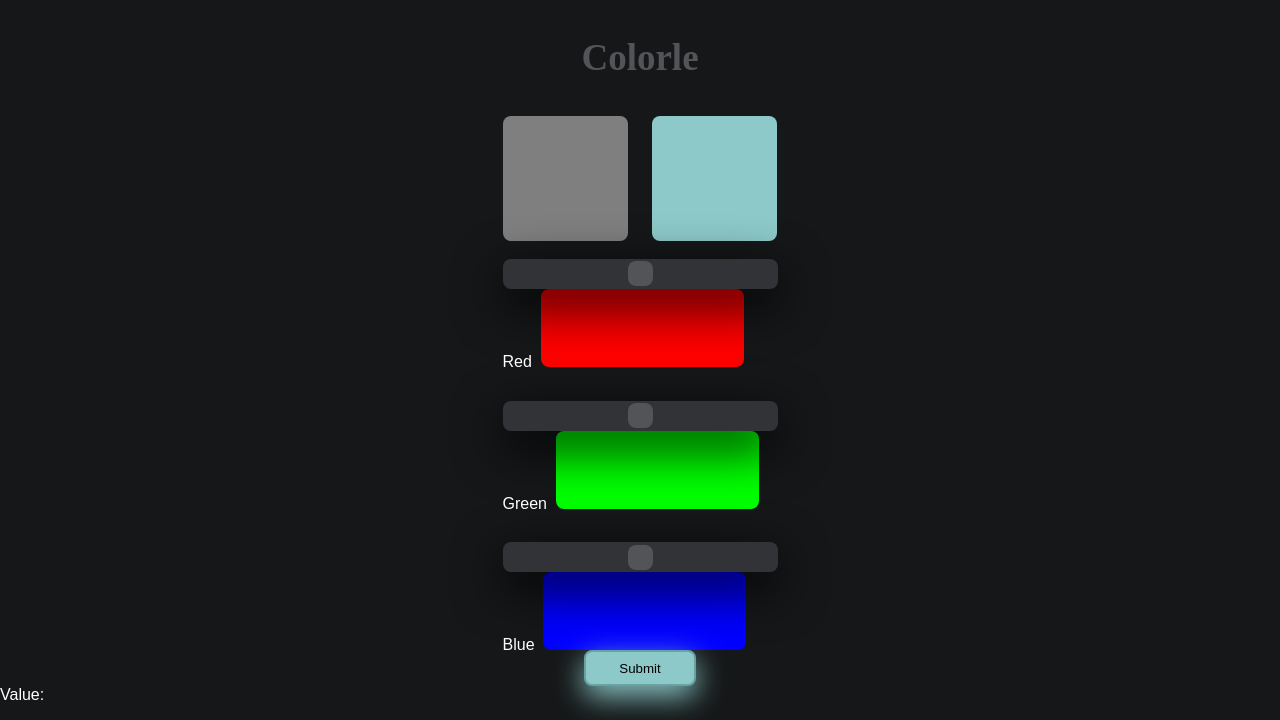
Repository: Artem-Melnik/Colorle
Page: index.html
These files come from the project's save history. The page is drawn as it stood at one moment and after the next save; the edit follows.
The browser window is 1280 px wide. The pictures show the whole page.
The pointer rests on the first visible `#submitButton`.

Above is the page before, as saved 2022-05-14 17:19:26.

### index.html
<!-- TODO: Change text/icon color -->
<!-- TODO: Represent guess correctness using Linear-style icons -->
<!-- TODO: Replace Colorle text logo with SVG/image due to font problems -->
<!-- TODO: Add textboxes where player can enter exact RGB values -->
<!DOCTYPE html>
<html>
  <head>
    <title>Parcel Sandbox</title>
    <link rel="stylesheet" href="styles.css">
    <meta charset="UTF-8" />
    <meta name="viewport" content="width=device-width" />
  </head>

  <script
    src="https://ajax.googleapis.com/ajax/libs/jquery/3.6.0/jquery.min.js"
    type="text/javascript"
  ></script>
  <script
    src="https://ajax.googleapis.com/ajax/libs/jqueryui/1.13.1/jquery-ui.min.js"
    type="text/javascript"
  ></script>
  <script src="https://unpkg.com/feather-icons"></script>
  <script>
      feather.replace();
    </script>
  <script type="module" src="index.js" type="text/javascript"></script>

  <body>
    <div id="app"></div>
    <div class="topBar">
      <p id="title">Colorle</p>
      <p>
        <button type="button" id="themeToggle">
          <i id="themeIcon" data-feather="sun"></i>
        </button>
      </p>
    </div>

    <div id="topColors">
      <div id="previewAll"></div>
      <div id="correctColor"></div>
    </div>
    <div id="redContainer">
      <input
        type="range"
        min="0"
        max="255"
        value="128"
        class="slider"
        id="sliderRed"
      />
      <p class="currentColor" id="currentRed">Red</p>
      <p class="rating" id="ratingRed"></p>
      <div id="previewRed"></div>
    </div>
    <div id="greenContainer">
      <input
        type="range"
        min="0"
        max="255"
        value="128"
        class="slider"
        id="sliderGreen"
      />
      <p class="currentColor" id="currentGreen">Green</p>
      <p class="rating" id="ratingGreen"></p>
      <div id="previewGreen"></div>
    </div>
    <div id="blueContainer">
      <input
        type="range"
        min="0"
        max="255"
        value="128"
        class="slider"
        id="sliderBlue"
      />
      <p class="currentColor" id="currentBlue">Blue</p>
      <p class="rating" id="ratingBlue"></p>
      <div id="previewBlue"></div>
    </div>
    <div class="guessText">
      <p>Value: <span id="guessColor"></span></p>
    </div>
    <div class="buttonContainer">
      <button type="button" id="submitButton">Submit</button>
    </div>
  </body>
</html>

### styles.css
body {
  font-family: sans-serif;
  margin: 0;
  background: #151718;
  color: #ffffff;
}

.lightTheme {
  background: #ffffff;
  color: #151718;
}

/* Changes the correctColor gradient to dark/black */
/* .correctColorDark {
  background-image: linear-gradient(
    to bottom,
    rgba(0, 0, 0, 0),
    rgba(0, 0, 0, 1) 100%
  ) !important;
} */

#themeToggle {
  width: 25px;
  height: 25px;
  position: absolute;
  right: 15px;
  top: 15px;
  color: grey;
  background: none;
  border: none;
}

#themeIcon {
  color: grey;
  width: 25px;
  height: 25px;
  transform: scale(1);
  transition: all 0.5s;
}

#themeIcon.animate {
  color: grey;
  transform: scale(0);
}

.transform-active {
  /* background-color: blue;
  animation-name: darkToLight;
  animation-duration: 1s; */
  color: #151718;
}

.transform {
  -webkit-transition: all 2s ease;
  -moz-transition: all 2s ease;
  -o-transition: all 2s ease;
  -ms-transition: all 2s ease;
  transition: all 2s ease;
}

/* @keyframes darkTolight {
  0% {
    color: #ffffff;
  }
  100% {
    color: #151718;
  }
} */

#title {
  justify-content: center;
  font-family: "Asap";
  font-style: normal;
  font-weight: 700;
  font-size: 37px;
  line-height: 42px;
  display: flex;
  align-items: center;
  text-align: center;
  color: #535458;
}

/* #previewId {
  width: 100px;
  height: 100px;
  background-color: var(color);
  border: solid black;
} */

/* correctColor gradient */
/* #correctColor {
  position: absolute;
  top: 0px;
  width: 100%;
  height: 25%;
  background-color: var(color);
  margin: auto;
  background-image: linear-gradient(
    to bottom,
    rgba(255, 255, 255, 0),
    rgba(255, 255, 255, 1) 100%
  );
  z-index: -1;
} */

#topColors {
  width: 275px;
  margin: auto;
}

#correctColor {
  display: inline-block;
  position: relative;
  width: 125px;
  height: 125px;
  border-radius: 8px;
  margin-left: 10px;
}

#previewAll {
  background-color: rgb(127, 127, 127);
  display: inline-block;
  position: relative;
  width: 125px;
  height: 125px;
  border-radius: 8px;
  order: 1;
  margin-right: 10px;
}

#redContainer,
#greenContainer,
#blueContainer {
  display: auto;
  justify-content: center;
  margin: auto;
  width: 275px;
}

#sliderRed,
#sliderGreen,
#sliderBlue {
  display: block;
  -webkit-appearance: none;
  -moz-appearance: none;
  appearance: none;
  background: #323337;
  width: 275px;
  height: 30px;
  top: 100px;
  border-radius: 8px;
  margin: auto;
  margin-top: 5%;
  filter: drop-shadow(0px 15px 25px #000000);
}

#sliderRed::-webkit-slider-thumb,
#sliderGreen::-webkit-slider-thumb,
#sliderBlue::-webkit-slider-thumb {
  -webkit-appearance: none;
  appearance: none;
  width: 25px;
  height: 25px;
  background: #535458;
  cursor: pointer;
  border-radius: 8px;
}

#currentRed,
#currentGreen,
#currentBlue,
#ratingRed,
#ratingGreen,
#ratingBlue {
  display: inline-block;
  position: relative;
}

#previewRed,
#previewGreen,
#previewBlue {
  display: inline-block;
  position: relative;
  width: 203px;
  height: 78px;
  /* background-color: var(color); */
  /* border: solid black; */
  border-radius: 8px;
  margin: auto;
  z-index: -1;
}

#previewRed {
  background-color: rgb(255, 0, 0);
}

#previewGreen {
  background-color: rgb(0, 255, 0);
}

#previewBlue {
  background-color: rgb(0, 0, 255);
}

.buttonContainer {
  display: flex;
  justify-content: center;
}

#submitButton {
  position: fixed;
  width: 112px;
  height: 36px;
  bottom: 4%;
  border: 2px solid;
  border-radius: 8px;
  transition: all 0.3s ease 0s;
}

#submitButton:hover {
  position: fixed;
  width: 112px;
  height: 36px;
  bottom: 4%;
  border: 2px solid;
  border-radius: 8px;
  filter: drop-shadow(0px 10px 15px #8dc9c9);
  transform: translateY(-5px);
}

### index.js
// document.getElementById("sliderRange").innerHTML = `
// <div class="slidercontainer"></div>
// `;
// var root = document.querySelector(":root");
// var slider = document.getElementById("sliderRange");
// // Change "demo" to something else?
// var sliderRange = document.getElementById("demo");
// sliderRange.innerHTML = slider.value;
let correctRed = 141;
let correctGreen = 201;
let correctBlue = 201;

let red;
let green;
let blue;
// TODO: Split correctRGB into 3 seperate colors
let correctRgb =
  "rgb(" + correctRed + ", " + correctGreen + ", " + correctBlue + ")";

function changeColor() {
  red = document.getElementById("sliderRed").value;
  green = document.getElementById("sliderGreen").value;
  blue = document.getElementById("sliderBlue").value;

  document.getElementById("previewRed").style.backgroundColor =
    "rgb(" + red + ", 0, 0)";
  document.getElementById("previewGreen").style.backgroundColor =
    "rgb(0," + green + ", 0)";
  document.getElementById("previewBlue").style.backgroundColor =
    "rgb(0, 0," + blue + ")";

  document.getElementById("currentRed").textContent = red;
  document.getElementById("currentGreen").textContent = green;
  document.getElementById("currentBlue").textContent = blue;
}

// Shows guess color when submit button is clicked
// Also checks how close the guess is to the correct color
function onSubmit() {
  document.getElementById("previewAll").style.backgroundColor =
    "rgb(" + red + ", " + green + ", " + blue + ")";
  document.getElementById("guessColor").textContent =
    "rgb(" + red + ", " + green + ", " + blue + ")";

  // TODO: Optimize code for red, green, and blue checks
  // Check if red guess is correct
if (red == correctRed) {
  document.getElementById('ratingRed').innerText = "SS";
} else if ((red > correctRed - 6) && (red < correctRed + 6)) {
  document.getElementById('ratingRed').innerText = "S";
} else if ((red > correctRed - 12) && (red < correctRed + 12)) {
  document.getElementById('ratingRed').innerText = "A";
} else if ((red > correctRed - 24) && (red < correctRed + 24)) {
  document.getElementById('ratingRed').innerText = "B";
} else if ((red > correctRed - 48) && (red < correctRed + 48)) {
  document.getElementById('ratingRed').innerText = "C";
} else {
  document.getElementById('ratingRed').innerText = "D";
}

  // Does same thing as red check but for green
if (green == correctGreen) {
  document.getElementById('ratingGreen').innerText = "SS";
} else if ((green > correctGreen - 6) && (green < correctGreen + 6)) {
  document.getElementById('ratingGreen').innerText = "S";
} else if ((green > correctGreen - 12) && (green < correctGreen + 12)) {
  document.getElementById('ratingGreen').innerText = "A";
} else if ((green > correctGreen - 24) && (green < correctGreen + 24)) {
  document.getElementById('ratingGreen').innerText = "B";
} else if ((green > correctGreen - 48) && (green < correctGreen + 48)) {
  document.getElementById('ratingGreen').innerText = "C";
} else {
  document.getElementById('ratingGreen').innerText = "D";
}

  // Does same thing as red check but for blue
if (blue == correctBlue) {
  document.getElementById('ratingBlue').innerText = "SS";
} else if ((blue > correctBlue - 6) && (blue < correctBlue + 6)) {
  document.getElementById('ratingBlue').innerText = "S";
} else if ((blue > correctBlue - 12) && (blue < correctBlue + 12)) {
  document.getElementById('ratingBlue').innerText = "A";
} else if ((blue > correctBlue - 24) && (blue < correctBlue + 24)) {
  document.getElementById('ratingBlue').innerText = "B";
} else if ((blue > correctBlue - 48) && (blue < correctBlue + 48)) {
  document.getElementById('ratingBlue').innerText = "C";
} else {
  document.getElementById('ratingBlue').innerText = "D";
}

  // if ("rgb(" + red + "," + green + "," + blue + ")" === "rgb(141,201,201)") {
  //   alert("Correct!");
  // }
}

$("#themeToggle").click(function () {
  $("#themeIcon").toggleClass("animate");
});

function themeSwitch() {
  document.body.classList.toggle("lightTheme");
  document.getElementById("correctColor").classList.toggle("correctColorDark");
}

document.getElementById("correctColor").style.backgroundColor = correctRgb;
document.getElementById("submitButton").style.backgroundColor = correctRgb;
document.getElementById("submitButton").style.borderColor =
  "rgb(" +
  (correctRed - 38) +
  ", " +
  (correctGreen - 38) +
  ", " +
  (correctBlue - 38) +
  ")";

document.getElementById("sliderRed").addEventListener("input", changeColor);
document.getElementById("sliderGreen").addEventListener("input", changeColor);
document.getElementById("sliderBlue").addEventListener("input", changeColor);
document.getElementById("submitButton").addEventListener("click", onSubmit);
document.getElementById("themeToggle").addEventListener("click", themeSwitch);

// Plugs in sliderRange for green in RGB
// Outputs the value of the slider
// slider.oninput = function () {
//   sliderRange.innerHTML = this.value;
//   root.style.setProperty("--green", sliderRange);
//   alert(sliderRange);
// };

After the next save:
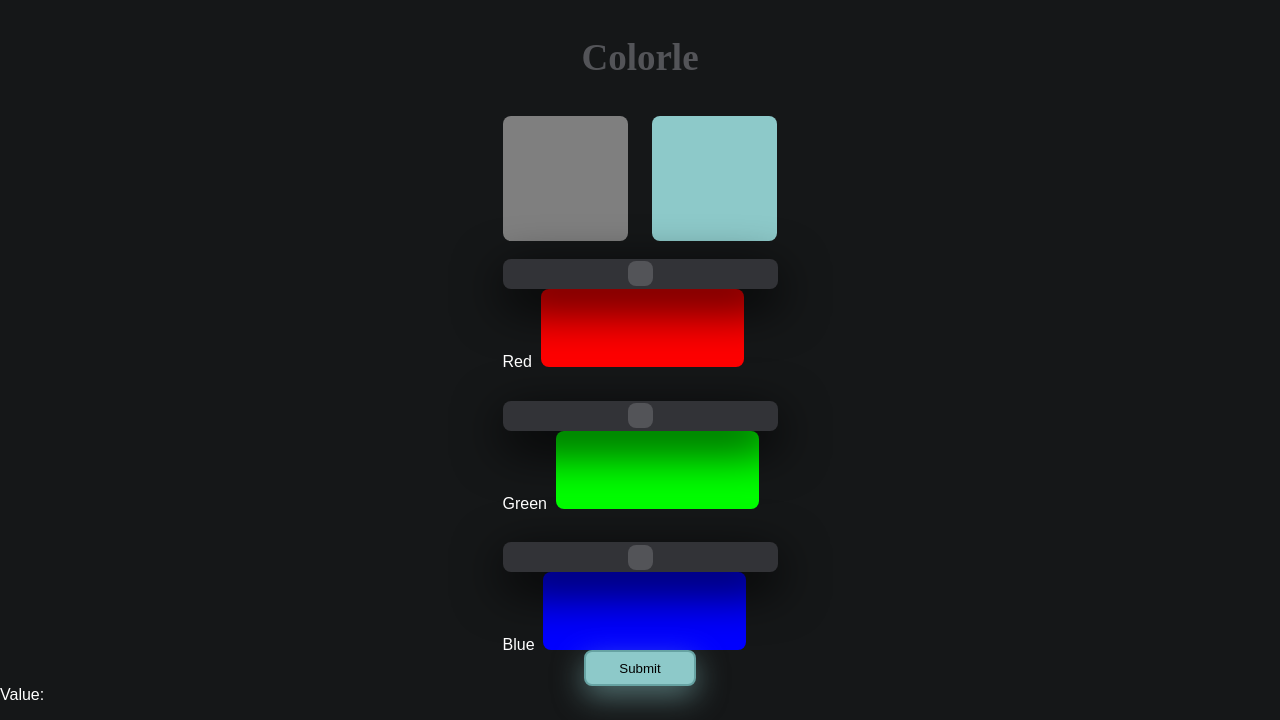
Saved 11 s later.
--- a/styles.css
+++ b/styles.css
@@ -224,6 +224,6 @@ body {
   bottom: 4%;
   border: 2px solid;
   border-radius: 8px;
-  filter: drop-shadow(0px 10px 15px #8dc9c9);
+  filter: drop-shadow(0px 10px 15px #8dc9c980);
   transform: translateY(-5px);
 }
